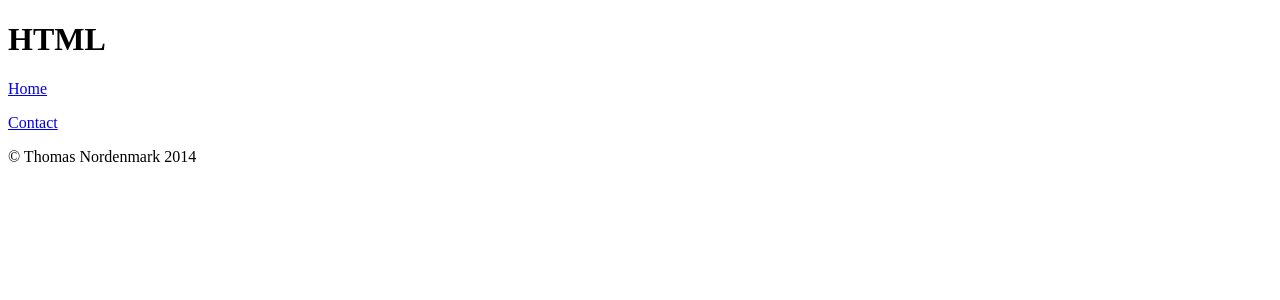
Repository: tnordenmark/web_lab3
Page: Site/uppgift_1/index.html
The author's editor kept a copy of each file at every save. The page is drawn from the files as they stood at one save, then again after the next save.
The browser window is 1280 px wide. The pictures show the whole page.

Above is the page before, as saved 2014-09-13 10:01:13.

After the next save:
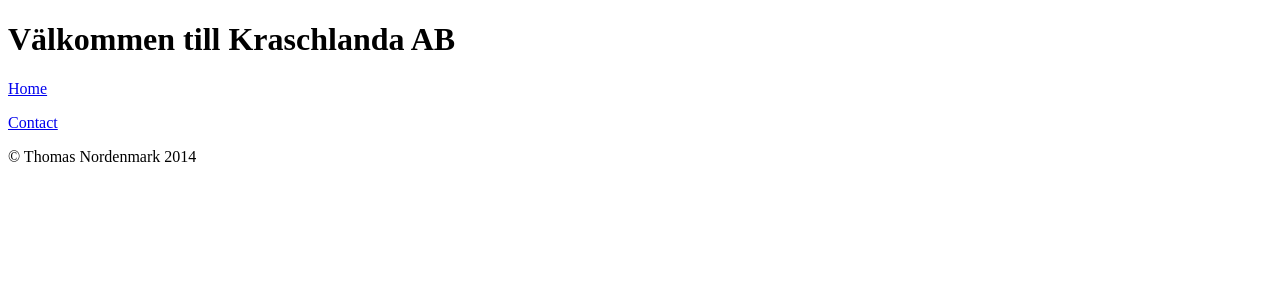
Saved 2 min 13 s later.
--- a/Site/uppgift_1/index.html
+++ b/Site/uppgift_1/index.html
@@ -22,7 +22,7 @@ t.nordenmark@gmail.com
 	<body>
 		<div>
 			<header>
-				<h1>HTML</h1>
+				<h1>Välkommen till Kraschlanda AB</h1>
 			</header>
 			<nav>
 				<p>
